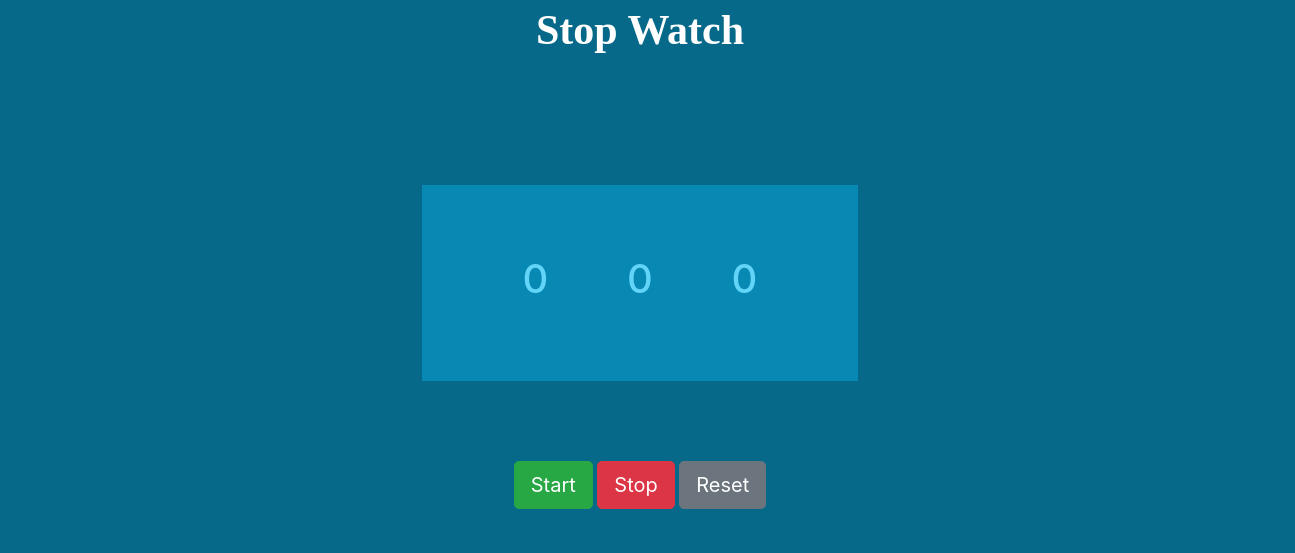
Repository: moiz9265/stopwatch
Page: index.html
These files come from the project's save history. The page is drawn as it stood at one moment and after a run of saves; the edit follows.
The browser window is 1280 px wide. The page is 1295 px wide, so the pictures cover 1295 px, including what lies to the right of the window. The pictures show the whole page.

Above is the page before, as saved 2020-07-09 23:33:31.

### index.html
<!DOCTYPE html>
<html lang="en">
  <head>
    <meta charset="utf-8">
    <title>Stop Watch</title>

    <link rel="stylesheet" href="css/bootstrap.min.css">
    <link rel="stylesheet" href="css/style.css" type="text/css">


    </script>
  </head>
  <body>
      <h2  style="text-align: center; font-size: 42px;margin-top: 5px; color: white; font-family: Times New Roman; font-weight: bold;">Stop Watch</h2>
        <div class="row" style="margin-top: 80px;">
            <div class="col-md-4">

            </div>
            <div id="maindiv" style=" text-align: center;" class="col-sm-12 col-md-4">
                <h1 id="minute">0</h1>
                <h1 id="second">0</h1>
                <h1 id="millisec">0</h1>
                <!-- <h1>0</h1> -->
            </div>
            <div class="col-md-4">

            </div>

        </div>
        <div class="row" style="margin-top: 80px;">
            <div class="col-md-4">

            </div>
            <div  style=" text-align: center;" class="col-sm-12 col-md-4">
               <button onclick="start()" id="startbtn" class="btn btn-lg btn-success">Start</button>
               <button onclick="pause()" class="btn btn-lg btn-danger">Stop</button>
               <button onclick="reset()" class="btn btn-lg btn-secondary">Reset</button>

            </div>
            <div class="col-md-4">

            </div>

        </div>

  </body>
  <script src="js/jquery-3.2.1.slim.min.js"></script>
  <script src="js/popper.min.js"></script>
  <script src="js/bootstrap.min.js"> </script>
  <script src="js/app.js">

  </script>
  </script>
</html>

### css/style.css
body{
    background-color: #066989;
}

#maindiv
{
        margin-top: 50px;
    width: 40%;
    background-color: #0789B3;
    padding-top: 70px;
    padding-bottom: 70px;
    padding-left: 30px;
    padding-right: 30px;


}

h1
{
    display: inline-block;
    width: 100px;
   text-align: center;
   color: #62D4F8;
}

### js/app.js
var min = 0;
var sec = 0;
var msec = 0;


var minutecount = document.getElementById('minute');
var secondcount = document.getElementById('second');
var milliseccount = document.getElementById('millisec');
var interval;

function timer()
{
    msec++
    milliseccount.innerHTML = msec;

    if(msec>=100)
    {
        sec++
        secondcount.innerHTML = sec;
        msec = 0;
    }
    else if(sec >= 60)
    {
        min++
        minutecount.innerHTML = min;
        sec = 0;
    }
}


function start()
{
    interval = setInterval(timer,10);
    $("#startbtn").attr("disabled", true);

}

function pause()
{
    clearInterval(interval);
}
function reset()
{
    milliseccount.innerHTML = 0;
    secondcount.innerHTML   = 0;
    minutecount.innerHTML   = 0;
}

Loaded but not shown: css/bootstrap.min.css (library); js/jquery-3.2.1.slim.min.js (library); js/popper.min.js (library); js/bootstrap.min.js (library)

After the next 2 saves:
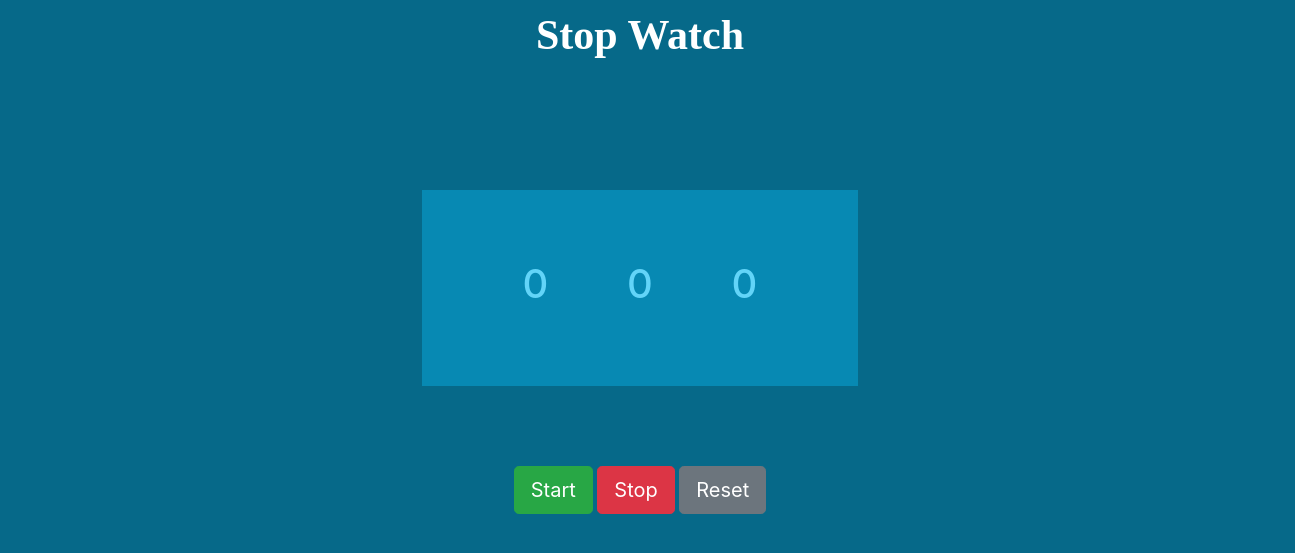
The 2 saves are shown as one change because they came seconds apart.
The last was saved 9 s later.
--- a/index.html
+++ b/index.html
@@ -11,7 +11,7 @@
     </script>
   </head>
   <body>
-      <h2  style="text-align: center; font-size: 42px;margin-top: 5px; color: white; font-family: Times New Roman; font-weight: bold;">Stop Watch</h2>
+      <h2  style="text-align: center; font-size: 42px;margin-top: 10px; color: white; font-family: Times New Roman; font-weight: bold;">Stop Watch</h2>
         <div class="row" style="margin-top: 80px;">
             <div class="col-md-4">
 
